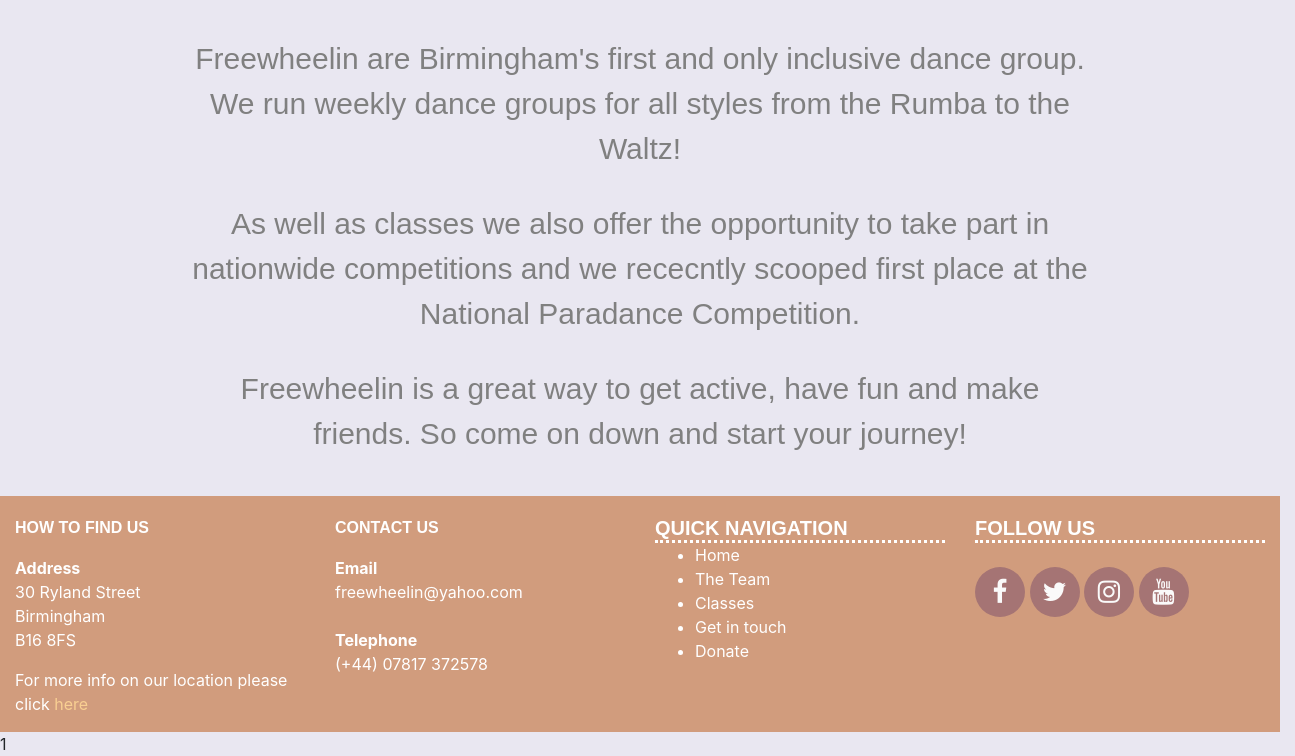
Repository: Code-Institute-Submissions/francisillingworth-resubmitted-milestone-project-1
Page: index.html
The author's editor kept a record of every edit. The page is drawn from the files as they stood at one moment, then again after the next edit.
The browser window is 1280 px wide. The page is 1295 px wide, so the pictures cover 1295 px, including what lies to the right of the window. The pictures show the part of the page from y = 811 to 1567 px (the page is 1567 px tall).

Above is the page before.

After the next edit:
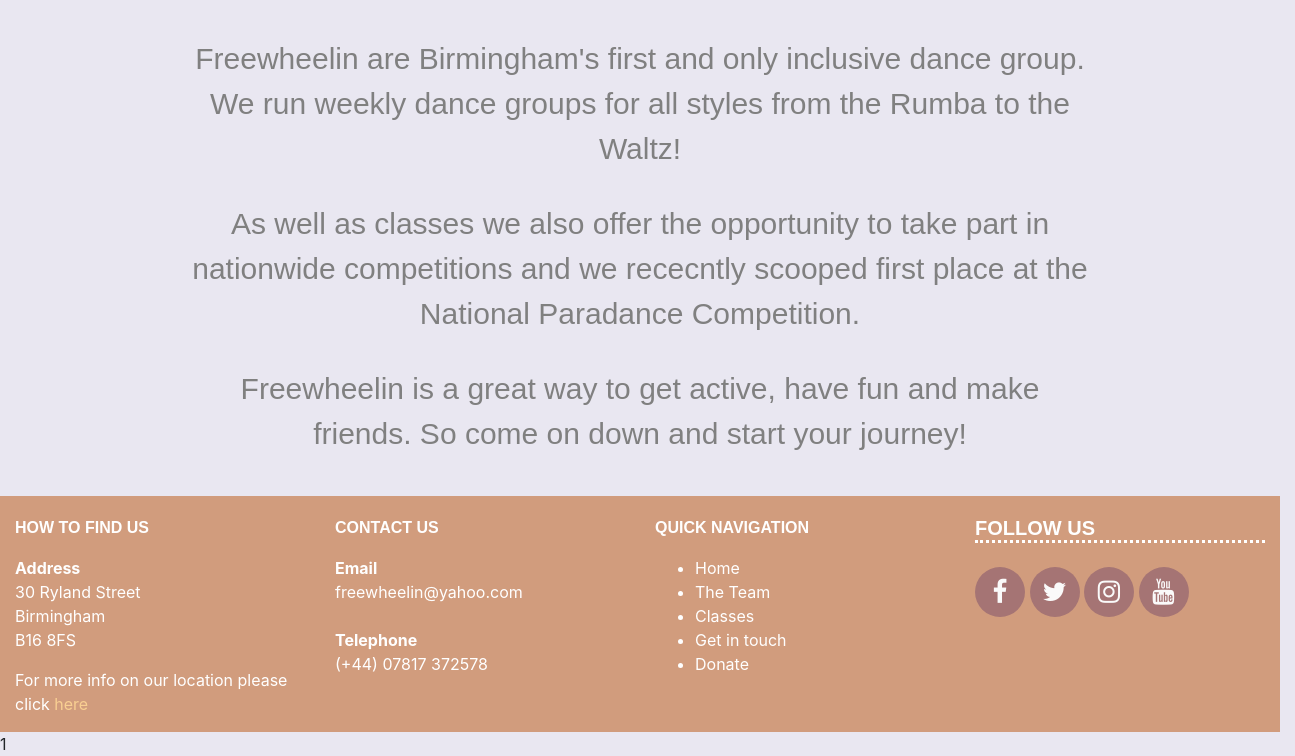
The edit:
--- a/index.html
+++ b/index.html
@@ -102,7 +102,7 @@
                 <p class="footer-text"><strong> Email</strong><br>freewheelin@yahoo.com<br><br><strong>Telephone</strong><br>(+44) 07817 372578</p>
             </div>
             <div class="col-sm-6 col-md-4 col-lg-3">
-                <h5 class="uppercase general-sub"><strong>Quick Navigation</strong></h5>
+                <p class="uppercase general-sub footerHeader"><strong>Quick Navigation</strong></p>
                 <ul>
                     <li class="footer-nav"><a href="index.html">Home</a></li>
                     <li class="footer-nav"><a href="team.html">The Team</a></li>
